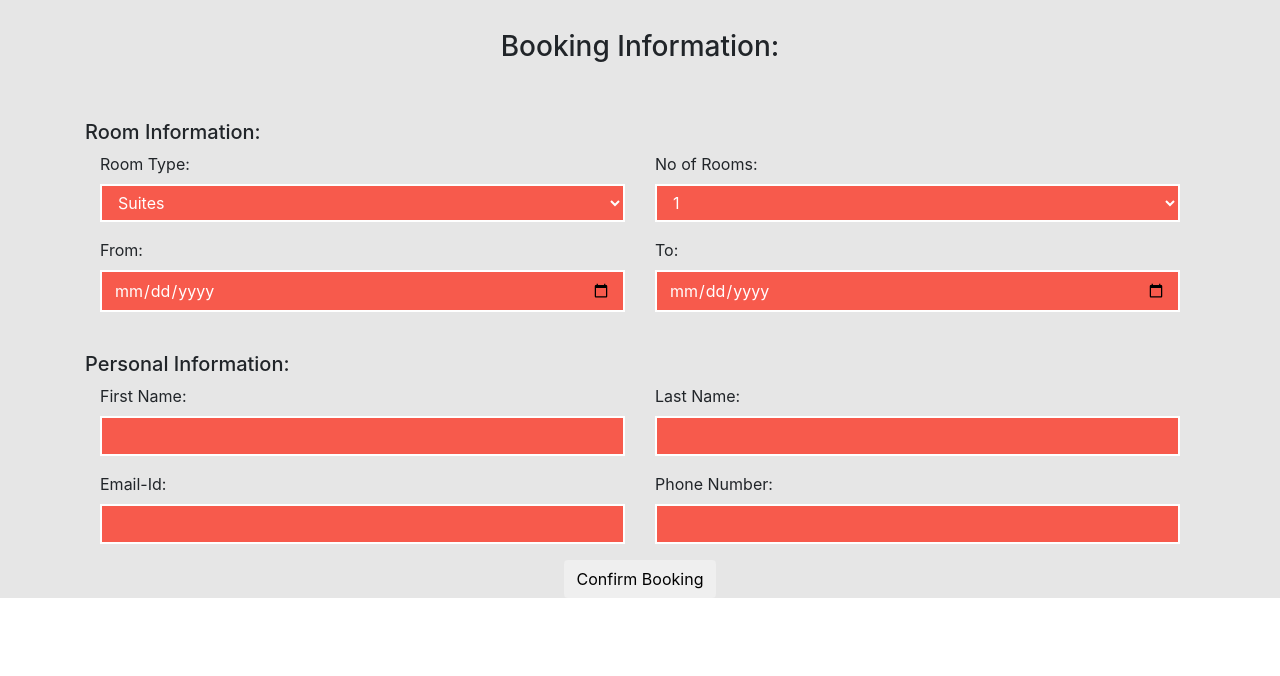
Repository: kapsky5/HotelManagement
Page: booking.html
An editor plug-in stored every save of this project. The page is shown before and after the next save, followed by the edit.
The browser window is 1280 px wide. The pictures show the whole page.

Above is the page before, as saved 2019-11-07 03:50:15.

### booking.html
<!DOCTYPE html>
<html lang="en">
<head>
    <meta charset="UTF-8">
    <meta name="viewport" content="width=device-width, initial-scale=1.0">
    <meta http-equiv="X-UA-Compatible" content="ie=edge">
    <title>RADISSON BLU</title>
    <link rel="stylesheet" href="css/main.css">
    <link rel="stylesheet" href="https://maxcdn.bootstrapcdn.com/bootstrap/4.0.0/css/bootstrap.min.css" integrity="sha384-Gn5384xqQ1aoWXA+058RXPxPg6fy4IWvTNh0E263XmFcJlSAwiGgFAW/dAiS6JXm" crossorigin="anonymous">
</head>
<body>
    <div class="containerz">
        <div class="container">
            <div class="header" style="padding-top: 30px;">
                <div class="text-center">
                    <h3>Booking Information:</h3>
                </div>
            </div>
            <br>
            <br>
            <form action="" method="POST">
                <h5>Room Information:</h5>
                <div class="row">
                    <div class="col-md-6">
                        <div class="form-group">
                            <label>Room Type:</label>
                            <select class="form-control" placeholder="Select-Room">
                                <option>Suites</option>
                                <option>Deluxe Rooms</option>
                                <option>King Rooms</option>
                                <option>Single</option>
                            </select>
                        </div>
                    </div>
                    <div class="col-md-6">
                        <div class="form-group">
                            <label>No of Rooms:</label>
                            <select class="form-control">
                                <option>1</option>
                                <option>2</option>
                                <option>3</option>
                                <option>4</option>
                            </select>
                        </div>
                    </div>
                    <div class="col-md-6">
                        <div class="form-group">
                            <label>From:</label>
                            <input class="form-control" type="date">
                        </div>
                    </div>
                    <div class="col-md-6">
                        <div class="form-group">
                            <label>To:</label>
                            <input class="form-control" type="date">
                        </div>
                    </div>
                </div>
                <br>
                <h5>Personal Information:</h5>
                <div class="row">
                    <div class="col-md-6">
                        <div class="form-group">
                            <label>First Name:</label>
                            <input class="form-control">
                        </div>
                    </div>
                    <div class="col-md-6">
                        <div class="form-group">
                            <label>Last Name:</label>
                            <input class="form-control">
                        </div>
                    </div>
                    <div class="col-md-6">
                        <div class="form-group">
                            <label>Email-Id:</label>
                            <input class="form-control" type="email">
                        </div>
                    </div>
                    <div class="col-md-6">
                        <div class="form-group">
                            <label>Phone Number:</label>
                            <input class="form-control">
                        </div>
                    </div>
                </div>
                <div class="text-center">
                    <button class="btn btn-default" type="submit">Confirm Booking</button>
                </div>
            </form>
        </div>
    </div>
</body>
</html>

### css/main.css
.fixed-top{
    position: absolute !important;
}
.carousel-item{
    height: 100vh;
    min-height: 300px;
    background: no-repeat center center scroll;
    -webkit-baackground-size: cover;
    background-size: cover;
    position: absolute;
}
.carousel-caption {
    top: 40% !important;
}
.carousel-caption h5{
    color: #ffffff;
    text-transform: uppercase;
    font-size: 35px;
    letter-spacing: 2px;
    margin-top:25px;
}
.navbar-light .nav-link{
    text-transform: uppercase;
    color: #ffffff !important;
    font-size: 15px;
    margin-left: 20px;
}
.navbar-light .navbar-brand{
    color: #ffffff !important;
    font-size: 30px;
    letter-spacing: 1px;
}
.nav-link:active, .nav-link:hover {
    color: #F75A4C !important;
}
.carousel-caption .btn {
    margin: 40px 20px;
    padding: 15px 30px;
    border-radius: 40px;
    background: #F75A4C;
    border: none;
    text-transform: uppercase;
    font-size: 18px;
}
.carousel-caption .btn:hover{
    background: #454244;
}
.fac{
    margin: 0 auto;
    font-size: 25px;
    letter-spacing: 1px;
}
.tabx h6{
    font-weight: 600 !important;
}
.nav-item.nav-link{
    color: rgb(192, 192, 192);
}
.nav-item.nav-link.active{
    color: #F75A4C !important;
    background-color: #ffffff !important;
}
#tabs .nav > a{
    border-radius: 0px;
    padding: 40px 1rem;
    border-bottom: 1px solid rgb(192, 192, 192);
}
#tabs .nav > a.active{
    border-bottom: 1px solid #F75A4C;
}
.containerx{
    padding: 40px;
}
.containerx p{
    font-size: 18px;
    line-height: 1.8;
    color: #848484;
}
.tabImg{
    max-width: 100%;
    height: 550px;
}
.heading{
    color: #F75A4C;
    text-transform: uppercase;
    margin-bottom: 20px;
}
.sub-heading{
    margin-top: 20px;
    font-size: 16px;
    color: rgb(192, 192, 192);
}
.foot{
    margin-top: 50px;
    background-color: #E6E6E6;
}
.rowinfoot{
    padding: 30px 0px;
}
.foo-head{
    font-size: 20px;
    color: #F75A4C;
    margin: 20px 0;
}
.foo-text{
    font-size: 16px;
    line-height: 1.5;
}
.foo-text li a{
    color: black;
    text-decoration: none;
}
.copyright {
    color: white;
    background: #554f53;
    justify-content: center;
}
.copyright p{
    margin-bottom: 0;
}
.image{
    width: 100%;
    height: 50vh;
}
.containerz{
    background-color: #E6E6E6;
}
.heading1{
    text-transform: uppercase;
    font-size: 24px;
    letter-spacing: 1px;
}
.room-img{
    width: 100%;
    height: 415px;
}
.card{
    border-radius: 0px !important;
}
.card-body{
    padding: 0px !important;
}
.head-room{
    color: #F75A4C;
    font-size: 22px;
    text-transform: uppercase;
    letter-spacing: 1px;
}
.card-body.row.col-md-5, .card-body.row.col-md-7, .card-body.row.col-md-6, .card-body.row.col-md-3{
    padding: 0px !important;
}

.containerz .imgx, .containerz .imgx{
    padding: 0px !important;
}
.dpt, .dpts{
    padding: 40px 50px !important;
}
.dpt p{
    font-size: 18px;
    line-height: 1.8;
    color: #848484;
}
.dpts p{
    font-size: 16px;
    line-height: 1.5;
    color: #848484;
}
.row{
    margin: 0px !important;
}
.card .btn{
    padding: 10px 30px;
    border-radius: 0px;
    background: #F75A4C;
    border: none;
    text-transform: uppercase;
    font-size: 18px;
}
.avail{
    color: white;
    margin-top: 40px !important;
    background-color: #F75A4C;
    padding: auto auto;
}
.form-control{
    background-color: #F75A4C !important;
    color: white !important;
    border-radius: 0 !important;
    border: 2px solid white !important;
}
input[type=date]::-webkit-inner-spin-button {
    -webkit-appearance: none;
    display: none;
}
.result .btn{
    margin: 10px 20px;
    padding: 15px 30px;
    border-radius: 40px;
    background: #F75A4C;
    border: none;
    text-transform: uppercase;
    font-size: 18px;
}

After the next save:
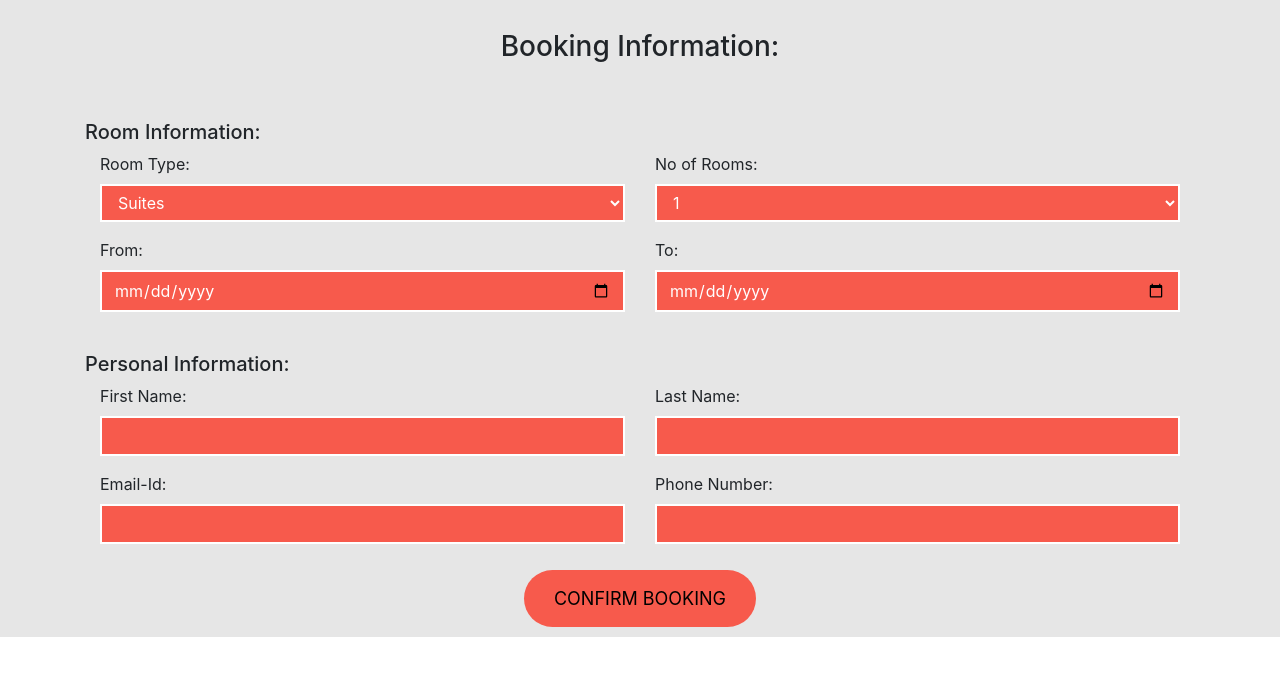
Saved 50 s later.
--- a/booking.html
+++ b/booking.html
@@ -84,7 +84,7 @@
                         </div>
                     </div>
                 </div>
-                <div class="text-center">
+                <div class="text-center result">
                     <button class="btn btn-default" type="submit">Confirm Booking</button>
                 </div>
             </form>
